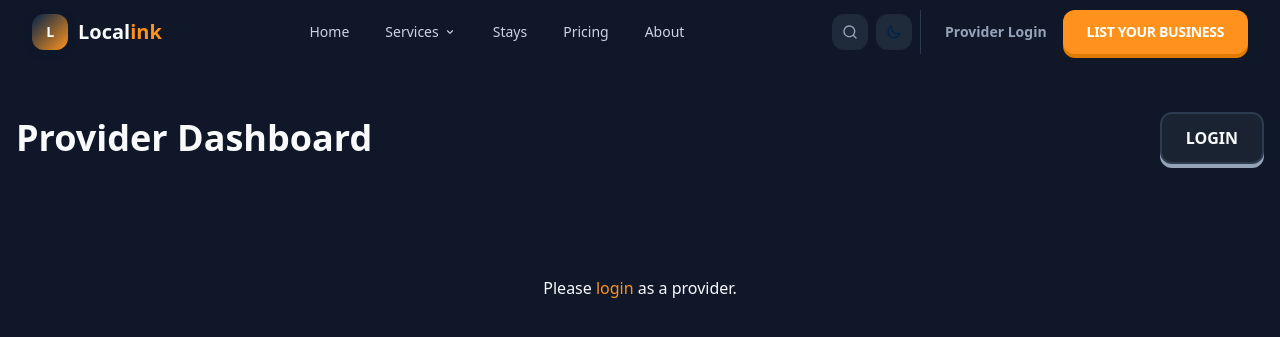
Repository: Paavo12/Localink
Page: frontend/dashboard.html
The author's editor kept a copy of each file at every save. The page is drawn from the files as they stood at one save, then again after the next save.
The browser window is 1280 px wide. The pictures show the whole page.
Some web fonts or font styles are not loaded; a fallback is used. Some web libraries are served in a nearby version.

Above is the page before, as saved 2026-06-25 10:55:56.

After the next save:
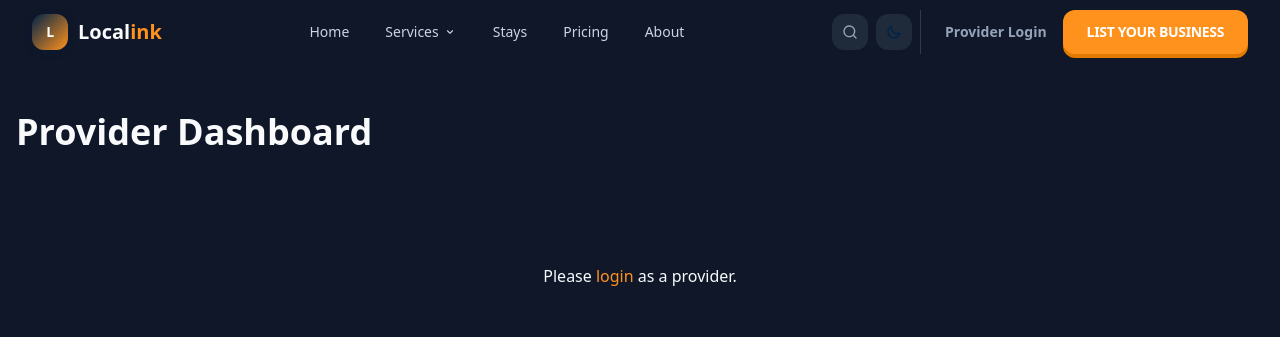
Saved 16 min 58 s later.
--- a/frontend/dashboard.html
+++ b/frontend/dashboard.html
@@ -127,12 +127,9 @@
     </div>
   </header>
 
-  <!-- ======== DASHBOARD CONTENT ======== -->
+  <!-- ======== DASHBOARD CONTENT (NO LOGIN BUTTON) ======== -->
   <div class="container mx-auto px-4 py-20 pt-28">
-    <div class="flex justify-between items-center mb-8">
-      <h1 class="text-4xl font-black">Provider Dashboard</h1>
-      <button id="dashboardAuthBtn" class="btn-secondary">Login</button>
-    </div>
+    <h1 class="text-4xl font-black mb-8">Provider Dashboard</h1>
     <div id="dashboardContent">
       <div class="text-center py-20">Loading dashboard...</div>
     </div>
@@ -218,7 +215,7 @@
       }
       setTimeout(updateAuthButtons, 500);
 
-      // Logout button
+      // Logout button (inside dropdown)
       document.getElementById('logoutNavBtn')?.addEventListener('click', function() {
         localStorage.removeItem('token');
         window.location.href = 'index.html';
